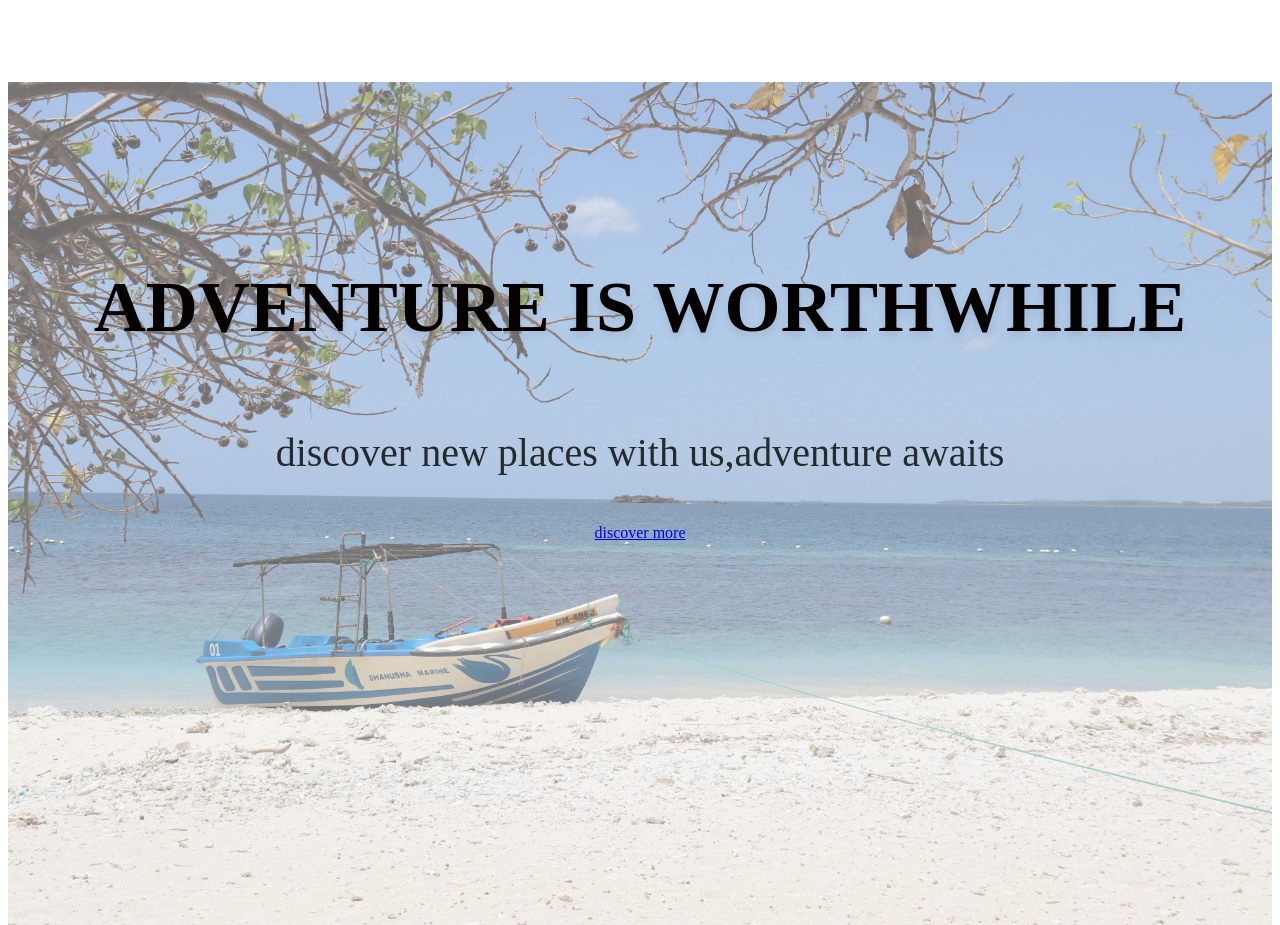
Repository: KasunInd27/Ceylon-Journey
Page: Home/home.html
An editor plug-in stored every save of this project. The page is shown before and after the next save, followed by the edit.
The browser window is 1280 px wide. The pictures show the whole page.

Above is the page before, as saved 2024-10-05 13:58:30.
Console error: SyntaxError: Unexpected token '<'

### Home/home.html
<!DOCTYPE html>
<html lang="en">
<head>
    <meta charset="UTF-8">
    <meta name="viewport" content="width=device-width, initial-scale=1.0">
    <!-- Font Awesome CDN link for using icons -->
    <link rel="stylesheet" href="https://cdnjs.cloudflare.com/ajax/libs/font-awesome/5.15.3/css/all.min.css">
    <link href="https://fonts.googleapis.com/css2?family=Roboto:wght@400;700&display=swap" rel="stylesheet">

    <link rel="stylesheet" href="CSS/home.css">
    <script src="JS/home.js"></script>
    <style>
        .mySlides {display:none;}
    </style>
    <title>Home Page</title>
</head>
<body>
    <section class="home" id="home">
        <div class="content">
            <h3>adventure is worthwhile</h3>
            <p>discover new places with us,adventure awaits</p>
            <a href="#" class="btn">discover more</a>
        </div>

        <div class="slide">
            <img class="homeSlides" src="../image/train.jpg" style="width:100%">
            <img class="homeSlides" src="../image/elephants.jpg" style="width:100%">
            <img class="homeSlides" src="../image/boat.jpg" style="width:100%">
            <img class="homeSlides" src="../image/fish.jpg" style="width:100%">
            <img class="homeSlides" src="../image/arc.jpg" style="width:100%">
        </div>
    </section>

    <script>
        var myIndex = 0;
        carousel();

        function carousel() {
          var i;
          var x = document.getElementsByClassName("homeSlides");
          for (i = 0; i < x.length; i++) {
            x[i].style.display = "none";
          }
          myIndex++;
          if (myIndex > x.length) {myIndex = 1}
          x[myIndex-1].style.display = "block";
          setTimeout(carousel, 2000); // Change image every 2 seconds
        }
        </script>


</body>
</html>

### Home/CSS/home.css
.home.controls {
    padding: 1rem;
    border-radius: 5rem;
    background: rgba(0, 0, 0, .7);
    position: relative;
    top: 10rem;

}

.home .controls .img-btn {

    height: 2rem;
    width: 2rem;
    display: inline-block;
    border-radius: 50%;
    background: #fff;
    cursor: pointer;
    margin: 0 .5rem;

}
.home .controls .img-btn.active {
    background: var(--orange);

}
#home {
    min-height: 100vh;
    /* Ensures it takes up the full viewport height */
    display: flex;
    /* Enables flexbox layout */
    align-items: center;
    /* Vertically centers content */
    justify-content: center;
    /* Horizontally centers content */
    flex-flow: column;
    /* Aligns children in a column layout */
    position: relative;
    /* Allows child elements to use absolute positioning */
    z-index: 0;
    /* Ensures this section has the correct stacking order */
}
.home .content {
    text-align: center;
    /* Centers the text within the .content container */
}
/* Styles for h3 elements inside the .content class within the .home section */

.home .content h3 {
    font-size: 4.5rem;
    /* Sets a large font size for the heading */
    color: #060101;
    /* White text color */
    text-transform: uppercase;
    /* Makes the text uppercase */
    text-shadow: 0 .3rem .5rem rgba(0, 0, 0, .1);
    /* Adds a soft shadow to the text */


}

.home .content p {
    font-size: 2.5rem;
    /* Sets the font size for paragraphs inside the .content class in the .home section */
    color: #010401;
    /* Sets the text color to white */
    padding: 0.5rem 0;
    /* Adds vertical padding (top and bottom) of 0.5rem */
    opacity: 0.80;
}

.slide
{
    margin-top: -500px;
    background-size:contain;
    background-position:center;
    background-repeat: no-repeat;
    position:absolute;
    width: 100%;
    height: 10%;
    opacity: 0.60;
    z-index: -5;
}

### Home/JS/home.js
<!DOCTYPE html>
<html lang="en">
<head>
    <meta charset="UTF-8">
    <meta name="viewport" content="width=device-width, initial-scale=1.0">
    <!-- Font Awesome CDN link for using icons -->
    <link rel="stylesheet" href="https://cdnjs.cloudflare.com/ajax/libs/font-awesome/5.15.3/css/all.min.css">
    <link href="https://fonts.googleapis.com/css2?family=Roboto:wght@400;700&display=swap" rel="stylesheet">

    <link rel="stylesheet" href="CSS/home.css">
    <script src="JS/home.js"></script>
    <style>.imgSlide {display:none;}</style>
    <title>Home Page</title>
</head>
<body>
    <section class="home" id="home">
        <div class="content">
            <h3>adventure is worthwhile</h3>
            <p>discover new places with us,adventure awaits</p>
            <a href="#" class="btn">discover more</a>
        </div>

        <div class="image-slide" style="max-width:500px">
            <img class="imgSlide" src="../image/train.jpg" style="width:100%">
            <img class="imgSlide" src="../image/elephants.jpg" style="width:100%">
            <img class="imgSlide" src="../image/boats.jpg" style="width:100%">
            <img class="imgSlide" src="../image/fish.jpg" style="width:100%">
            <img class="imgSlide" src="../image/arc.jpg" style="width:100%">

        </div>


    </section>
</body>
</html>

After the next save:
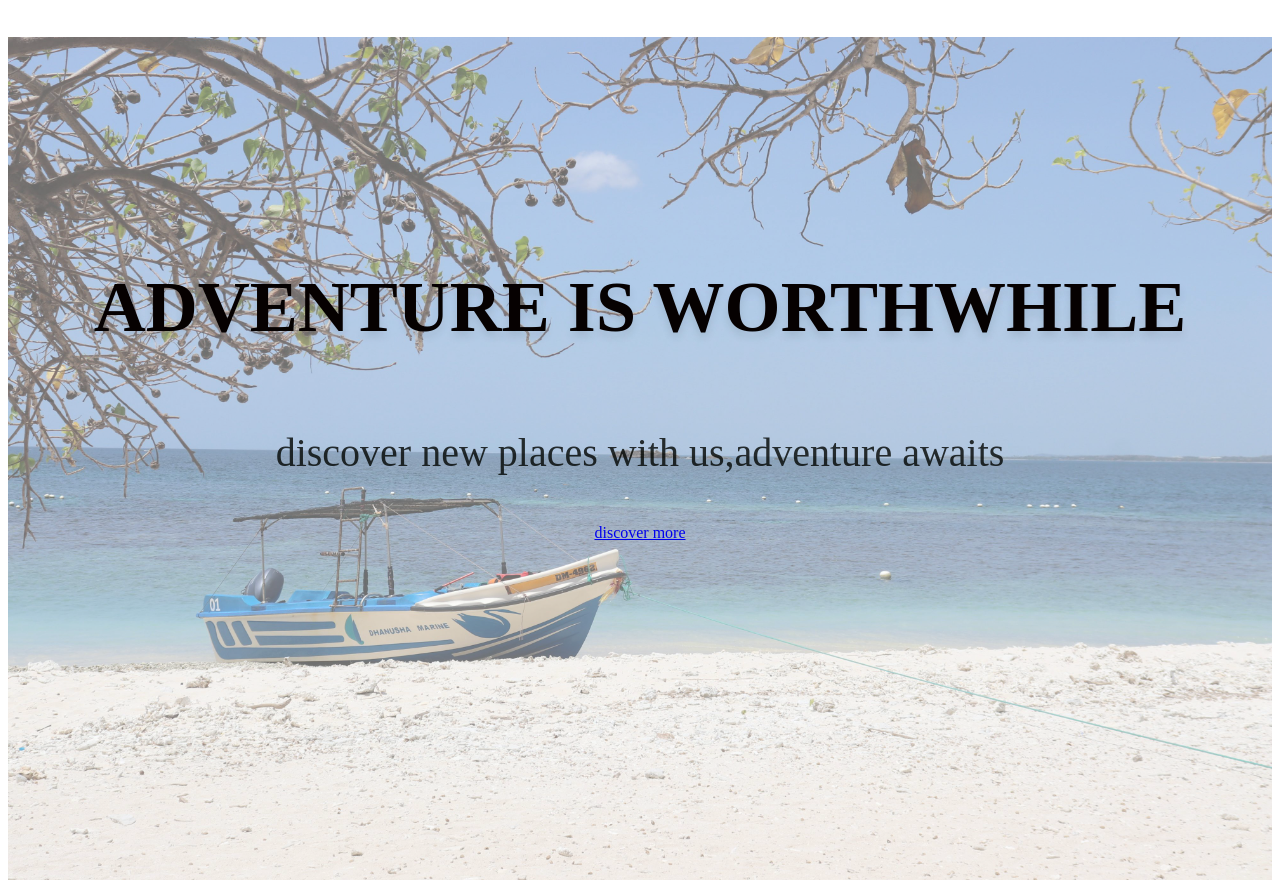
Saved 12 s later.
--- a/Home/CSS/home.css
+++ b/Home/CSS/home.css
@@ -69,7 +69,7 @@
 
 .slide
 {
-    margin-top: -500px;
+    margin-top: -590px;
     background-size:contain;
     background-position:center;
     background-repeat: no-repeat;
